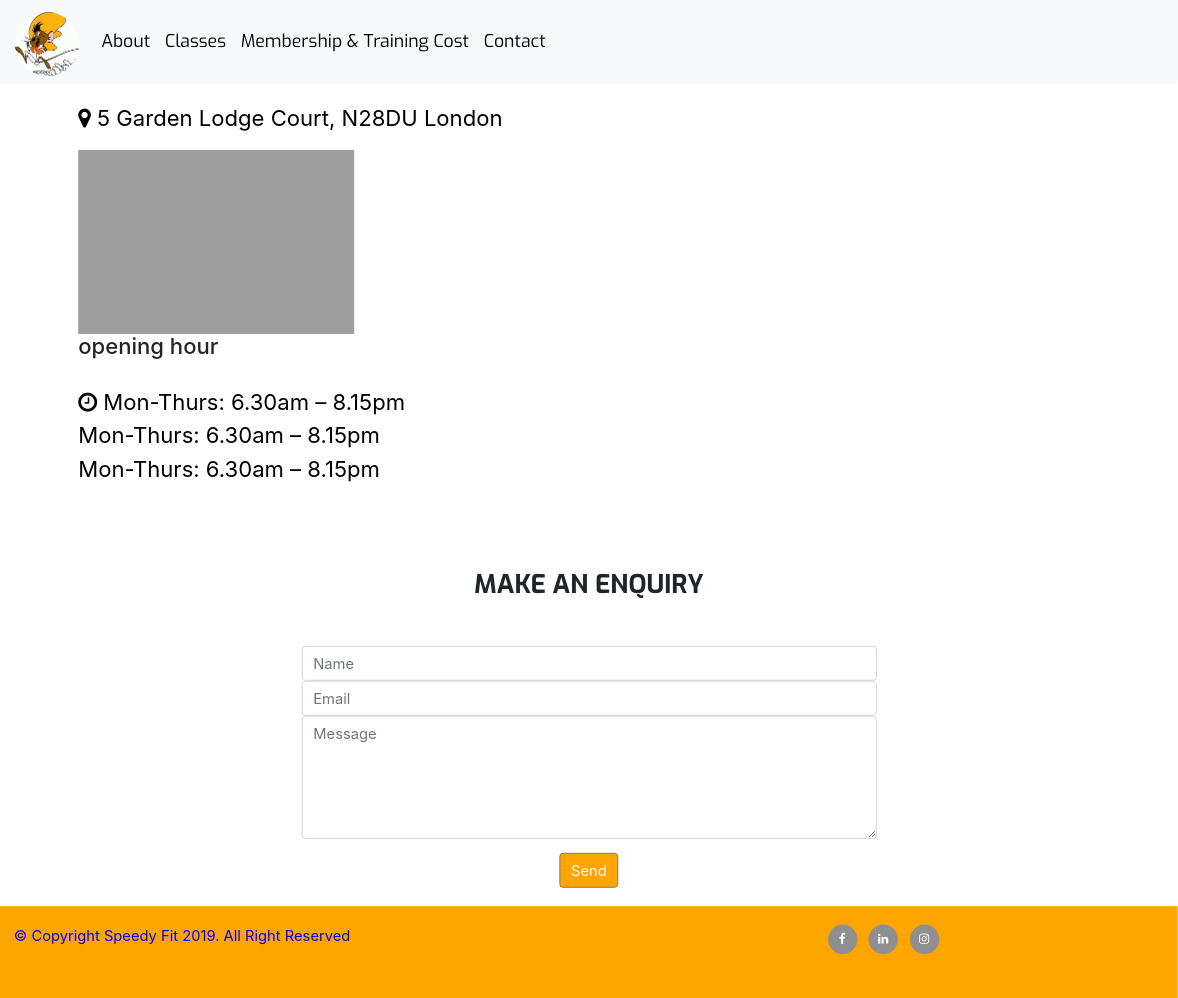
Repository: marcomoreschi/Milestrone-project
Page: contact.html
The author's editor kept a record of every edit. The page is drawn from the files as they stood at one moment, then again after the next edit.
The browser window is 1280 px wide. The pictures show the whole page, at 92% of full size.
Pictures or frames that could not be fetched are drawn as grey boxes. Some web libraries are served in a nearby version.

Above is the page before.

### contact.html
<!DOCTYPE html>
<html lang="en">

<head>
    <meta charset="UTF-8">
    <meta name="viewport" content="width=device-width, initial-scale=1.0">
    <meta http-equiv="X-UA-Compatible" content="ie=edge">
    <link rel="stylesheet" href="https://maxcdn.bootstrapcdn.com/bootstrap/4.2.1/css/bootstrap.min.css" type="text/css" />
    <link rel="stylesheet" href="https://maxcdn.bootstrapcdn.com/font-awesome/4.7.0/css/font-awesome.min.css" type="text/css" />
    <link rel="stylesheet" href="https://cdnjs.cloudflare.com/ajax/libs/hover.css/2.1.1/css/hover-min.css" type="text/css" />
    <link rel="stylesheet" href="assets/css/style.css">
    <title>Speedy Fit</title>
</head>

<body>

    <header>

        <nav class="navbar navbar-expand-lg navbar-light bg-light">
            <a class="navbar-brand" href="index.html">
      <img src="assets/images/logo.jpg"></img>
        </a>
            <button class="navbar-toggler" type="button" data-toggle="collapse" data-target="#navbarNavDropdown" aria-controls="navbarNavDropdown" aria-expanded="false" aria-label="Toggle navigation">
    <span class="navbar-toggler-icon"></span>
  </button>
            <div class="collapse navbar-collapse" id="navbarNavDropdown">
                <ul class="navbar-nav">
                    <li class="nav-item active">
                        <a class="nav-link" href="index.html">About<span class="sr-only">(current)</span></a>
                    </li>
                    <li class="nav-item">
                        <a class="nav-link" href="classes.html">Classes</a>
                    </li>
                    <li class="nav-item">
                        <a class="nav-link" href="membership&trainingcost.html">Membership & Training Cost</a>
                    </li>
                    <li class="nav-item">
                        <a class="nav-link" href="contact.html">Contact</a>
                    </li>
                </ul>
            </div>
        </nav>

    </header>

    <section class="container location-gym">
        <p> <i class="fa fa-map-marker" aria-hidden="true"></i> 5 Garden Lodge Court, N28DU London</p>

<!-- Link Google Maps -->
<div class="mapouter"><div class="gmap_canvas"><iframe width="300" height="200" id="gmap_canvas" src="https://maps.google.com/maps?q=east%20finchley&t=&z=13&ie=UTF8&iwloc=&output=embed" frameborder="0" scrolling="no" marginheight="0" marginwidth="0"></iframe><a href="https://www.embedgooglemap.net/blog/torguard-promo-code/"></a></div>
<style>.mapouter{ position:relative; text-align:right;height:200px;width:300px;}
.gmap_canvas {overflow:hidden;background:none!important;height:200px;width:300px;}</style></div>
    </section>

    <section class="container opening-hour">
        <h4>opening hour</h4>
        <p><i class="fa fa-clock-o" aria-hidden="true"></i> Mon-Thurs: 6.30am – 8.15pm <br>Mon-Thurs: 6.30am – 8.15pm <br> Mon-Thurs: 6.30am – 8.15pm</p>

    </section>
    <section class="container-fluid">
        <div class="row bg-color-contact">
            <div class="col">
                <h3 class="contact-heading">Make an enquiry</h3>

                <div class="center-form">
                    <form>
                        <input type="text" name="name" id="fullname" class="form-control" placeholder="Name" required />
                        <input type="email" name="email" id="fullname" class="form-control" placeholder="Email" required />
                        <textarea rows="5" type="email" name="message" id="message" class="form-control" placeholder="Message" required></textarea>
                        <div class="form-row text-center">
                            <div class="col">
                                <button type="submit" class="btn btn-secondary">Send</button>
                            </div>
                        </div>
                    </form>
                </div>
            </div>
        </div>
    </section>

    <footer class="container-fluid ">
        <div id="footer-details " class="row ">
            <div class="col-sm-6 ">
                <p class="copyright">&#169; Copyright Speedy Fit 2019. All Right Reserved</p>
            </div>
            <div class="col-sm-6 ">
                <ul class="list-inline social-links ">
                    <li class="list-inline-item ">
                        <a target="_blank " href="# ">
                            <i class="fa fa-facebook " aria-hidden="true "></i>
                            <span class="sr-only ">Facebook</span>
                        </a>
                    </li>
                    <li class="list-inline-item ">
                        <a target="_blank " href="#">
                            <i class="fa fa-linkedin " aria-hidden="true "></i>
                            <span class="sr-only ">LinkedIn</span>
                        </a>
                    </li>
                    <li class="list-inline-item ">
                        <a target="_blank " href="# ">
                            <i class="fa fa-instagram " aria-hidden="true "></i>
                            <span class="sr-only ">Instagram</span>
                        </a>
                    </li>
                </ul>
            </div>
        </div>
        </div>
        </div>
    </footer>


    <!-- Bootstraps Link -->
<script src="https://code.jquery.com/jquery-3.3.1.slim.min.js" integrity="sha384-q8i/X+965DzO0rT7abK41JStQIAqVgRVzpbzo5smXKp4YfRvH+8abtTE1Pi6jizo" crossorigin="anonymous"></script>
<script src="https://cdnjs.cloudflare.com/ajax/libs/popper.js/1.14.6/umd/popper.min.js" integrity="sha384-wHAiFfRlMFy6i5SRaxvfOCifBUQy1xHdJ/yoi7FRNXMRBu5WHdZYu1hA6ZOblgut" crossorigin="anonymous"></script>
<script src="https://stackpath.bootstrapcdn.com/bootstrap/4.2.1/js/bootstrap.min.js" integrity="sha384-B0UglyR+jN6CkvvICOB2joaf5I4l3gm9GU6Hc1og6Ls7i6U/mkkaduKaBhlAXv9k" crossorigin="anonymous"></script>

</body>

</html>

### assets/css/style.css
@import url('https://fonts.googleapis.com/css?family=Roboto:100,200,300,400,500,600,700|Exo:100,200,300,400,500,600,700');


/* -----------------------------------------Heading */

.navbar {
    margin-bottom: 0;
    border: 0;
    background-color: black;
    text-align: center;
}

.navbar-brand {
    height: 75px;
}

.navbar-brand img {
    width: 70px;
    height: 70px;
    border-radius: 50%;
}

.nav-item a {
    font-size: 1.2em;
    font-family: 'Exo', sans-serif;
    color: black !important;
}

.navbar ul li a:hover {
    color: #ffa500 !important;
    transition: all 0.35s ease-in-out;
    -moz-transition: all 0.35s ease-in-out;
    -webkit-transition: all 0.35s ease-in-out;
    -o-transition: all 0.35s ease-in-out;
}

/* -----------------------------------------About */

.rope {
    width: 100%;
    height: 600px;
}

.container h2 {
    text-align: center;
    padding-top: 30px;
    color: #000;
    text-transform: uppercase;
}

.container p {
    text-align: center;
    padding-bottom: 50px;
    color: #000;
    font-size: 1.5em;
}
/* -----------------------------------------Contact Form */

.opening-hour p {
    text-align: left;
    padding-top: 20px;
}

.mapouter {
    margin-top: -50px;
}

.location-gym p {
    text-align: left;
    padding-top: 20px;
}

.container-fluid h3 {
    text-transform: uppercase;
    font-weight: bold;
    text-align: center;
}
.contact-heading {
    font-family: "Exo", sans-serif;
    font-weight: 300;
    margin-top: 25px;
    margin-bottom: 20px;
}

.center-form {
    padding-top: 20px;
    margin: 0 auto;
    max-width: 70%;
}

button[type="submit"] {
    margin-top: 15px;
    margin-bottom: 20px;
    color: #fafafa;
    background-color: #ffa500;
}

/* create media queries so it look good on mobilephone */
@media(min-width: 992px) {
    .center-form {
        padding-top: 30px;
        min-height: 240px;
        margin: 0 auto;
        max-width: 50%;
    }
}

/* -----------------------------------------Footer */

footer {
    background-color: #ffa500;
    color: #fafafa;
    min-height: 100px;
    margin: 0;
}

.social-links {
    padding-top: 20px;
    text-align: center;
}

.social-links li a i {
    width: 32px;
    height: 32px;
    padding: 12px 0;
    border-radius: 50%;
    font-size: 13px;
    line-height: 7px;
    text-align: center;
    color: #fafafa;
    background: #8f8f8f;
    transition: all 0.35s ease-in-out;
    -moz-transition: all 0.35s ease-in-out;
    -webkit-transition: all 0.35s ease-in-out;
    -o-transition: all 0.35s ease-in-out;
}

.social-links li a i:hover {
    background: #e84610;
}

.copyright {
    color: blue;
    padding-top: 20px;
}

After the next edit:
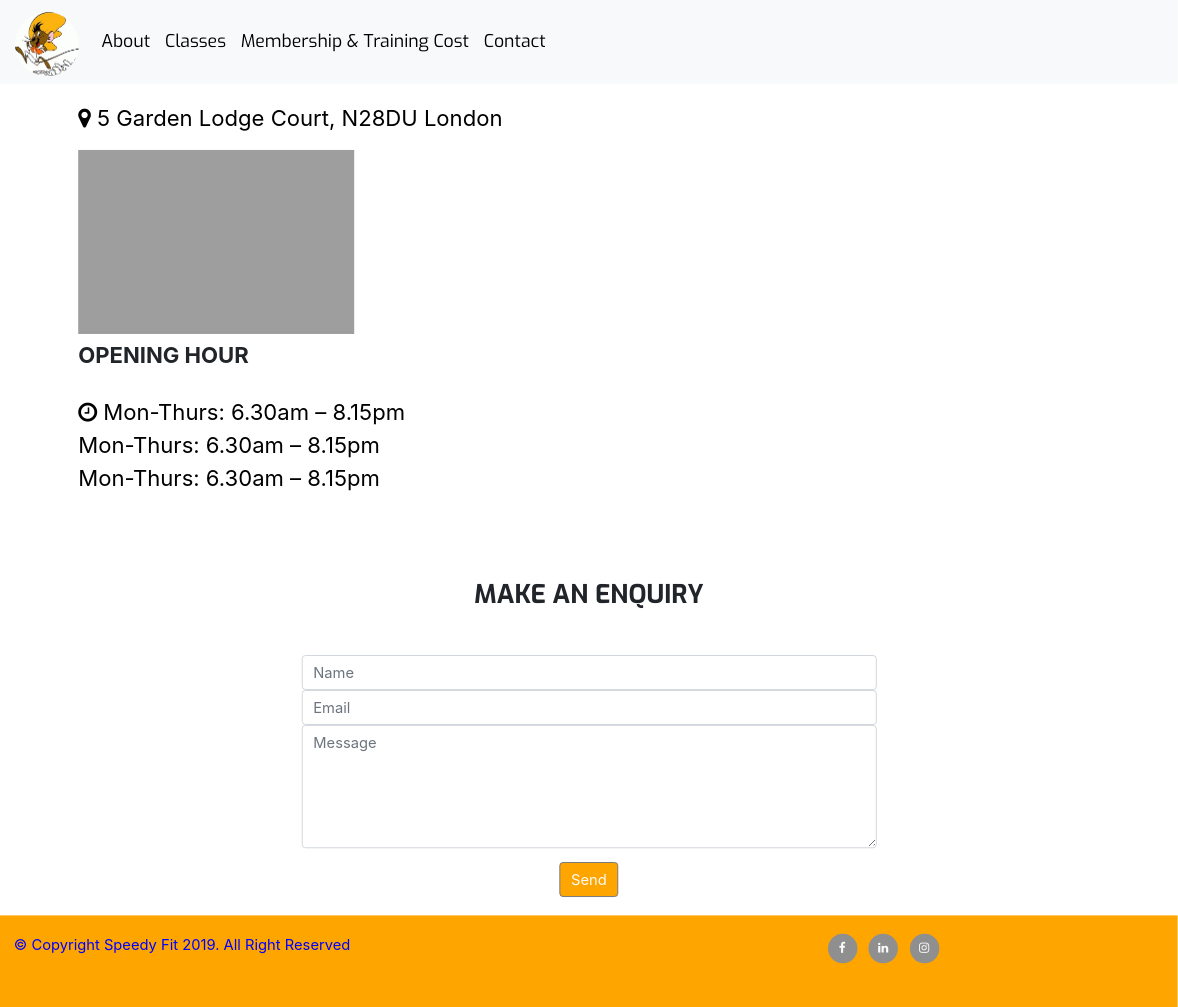
The edit:
--- a/assets/css/style.css
+++ b/assets/css/style.css
@@ -59,6 +59,12 @@
 .opening-hour p {
     text-align: left;
     padding-top: 20px;
+}
+
+.opening-hour h4 {
+    text-transform: uppercase;
+    font-weight: bold;
+    padding-top: 10px;
 }
 
 .mapouter {
